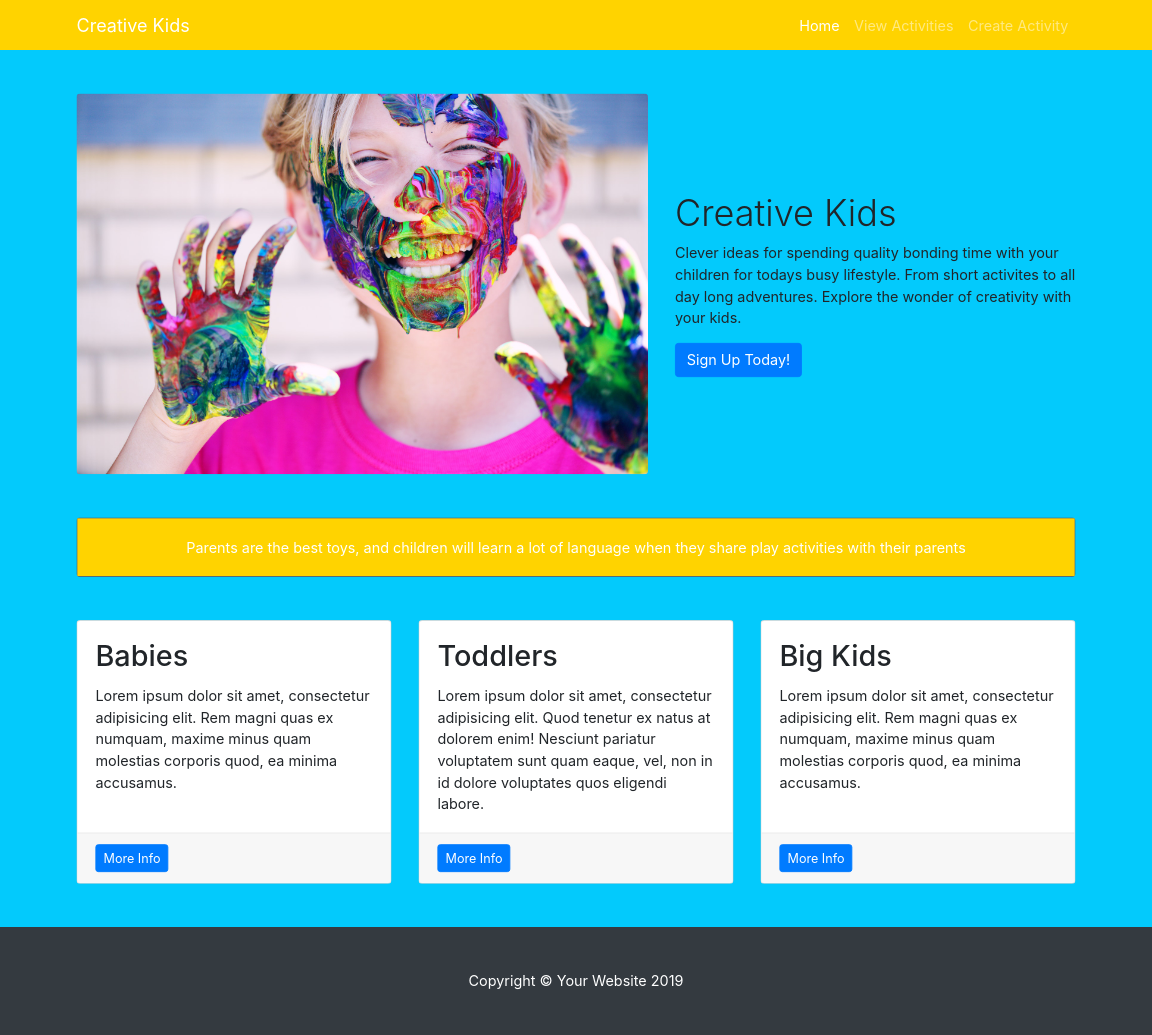
Repository: Neilfoster/milestone_project_3
Page: http://localhost/
The author's editor kept a record of every edit. The page is drawn from the files as they stood at one moment, then again after the next edit.
The browser window is 1280 px wide. The pictures show the whole page, at 90% of full size.
Some web fonts or font styles are not loaded; a fallback is used. Some web libraries are served in a nearby version. The page is served by the project's application, run on Flask 3 (app.py). Queries for data that is not in the repository find no rows.

Above is the page before.

After the next edit:
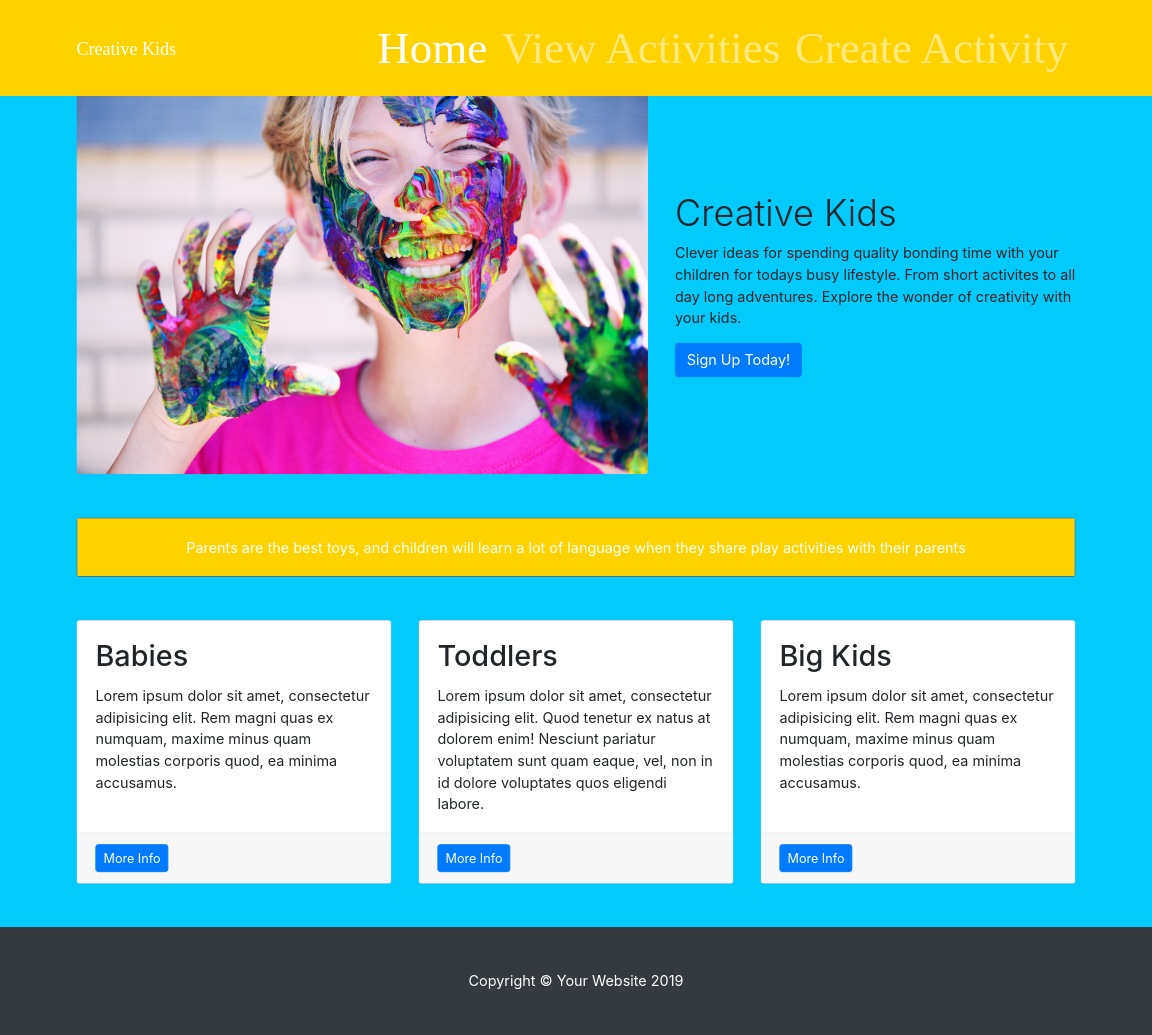
The edit:
--- a/static/css/style.css
+++ b/static/css/style.css
@@ -13,6 +13,8 @@
 
 .cstmnav{
     background-color: #ffd300;
+    font-family: 'Butterfly Kids', cursive;
+    font-size: 50px;
 }
 
 .cstm_jumb{

After the 2 edits that followed:
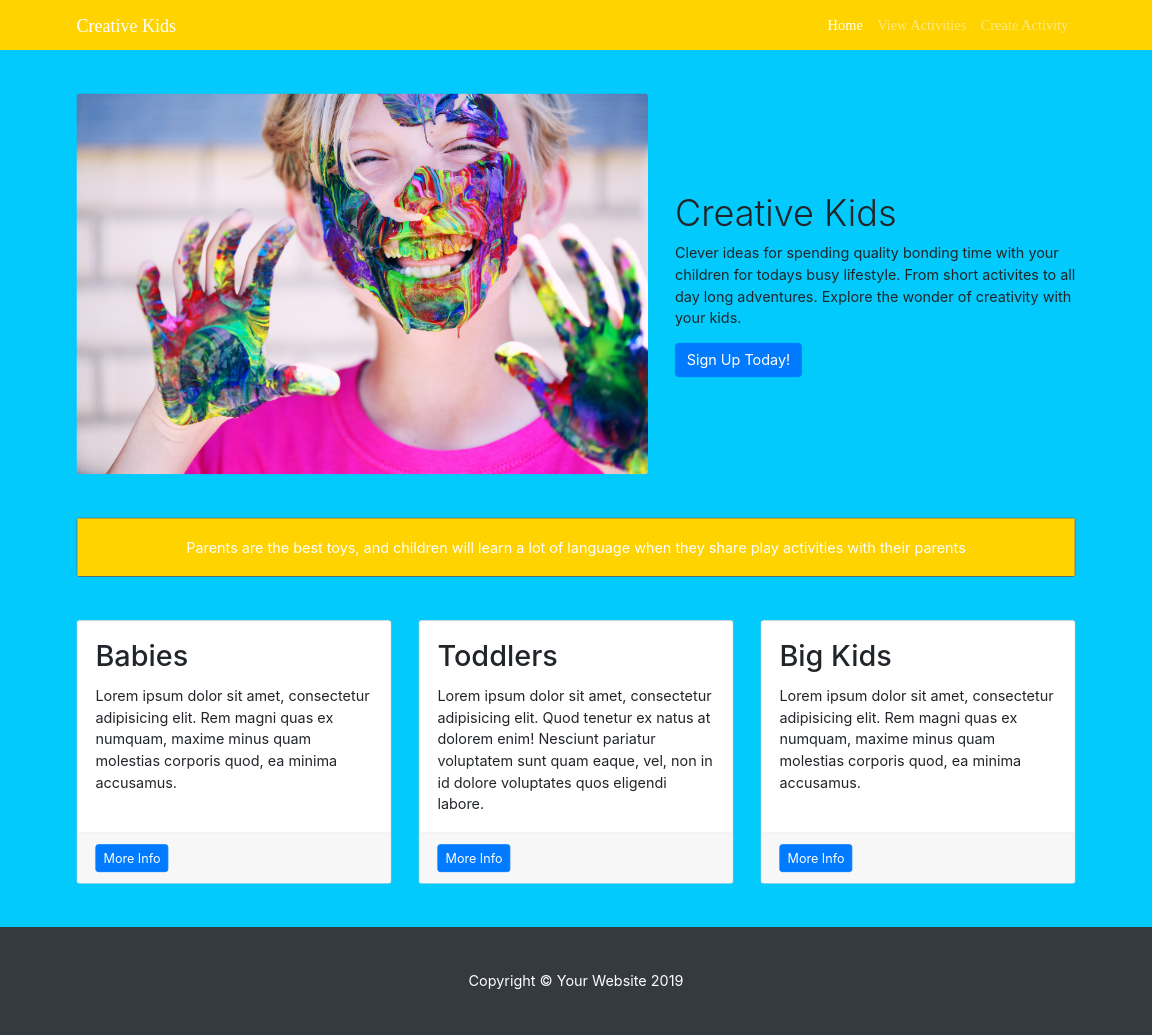
The 2 edits are shown as one change because 1 left the picture as it was.
The edit:
--- a/static/css/style.css
+++ b/static/css/style.css
@@ -14,7 +14,6 @@
 .cstmnav{
     background-color: #ffd300;
     font-family: 'Butterfly Kids', cursive;
-    font-size: 50px;
 }
 
 .cstm_jumb{
@@ -39,5 +38,4 @@
 
 .cstm_jumb_home{
     background-color: #ffd300;
-    margin-top:0;
 }
